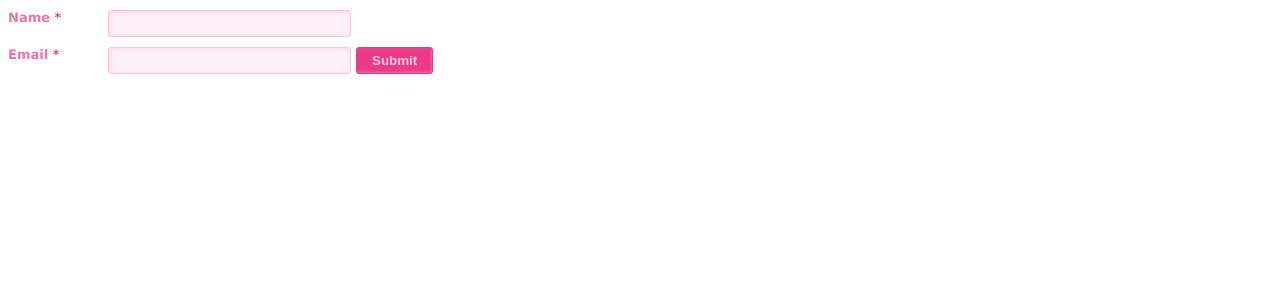
Repository: prm2711/javaapps
Page: eclipse-workspace/ResponsiveApp/WebContent/index.html
These files come from the project's save history. The page is drawn as it stood at one moment and after the next save; the edit follows.
The browser window is 1280 px wide. The pictures show the whole page.

Above is the page before, as saved 2018-01-25 07:39:11.

After the next save:
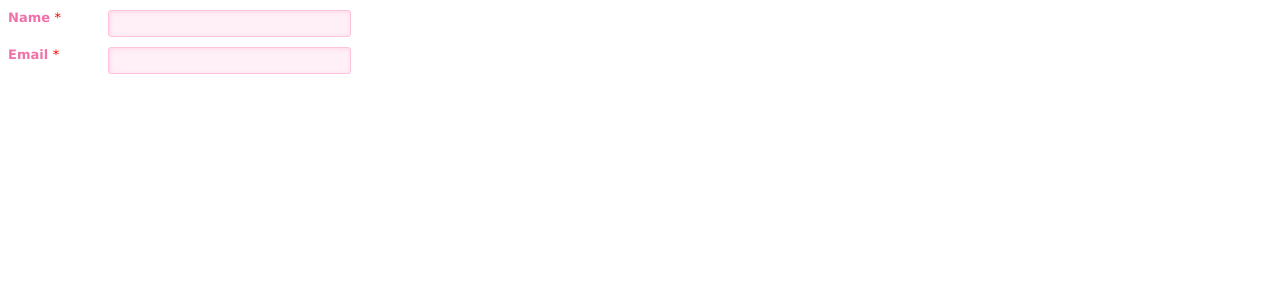
Saved 21 s later.
--- a/eclipse-workspace/ResponsiveApp/WebContent/index.html
+++ b/eclipse-workspace/ResponsiveApp/WebContent/index.html
@@ -25,9 +25,10 @@
 				</div>
 				<div class="col-75">
 					<input type="email" class="input-field" name="field2" value="" />
-					<input type="submit" value="Submit" />
+
 				</div>
 			</div>
+		</label>
 		</form>
 	</div>
 </body>
